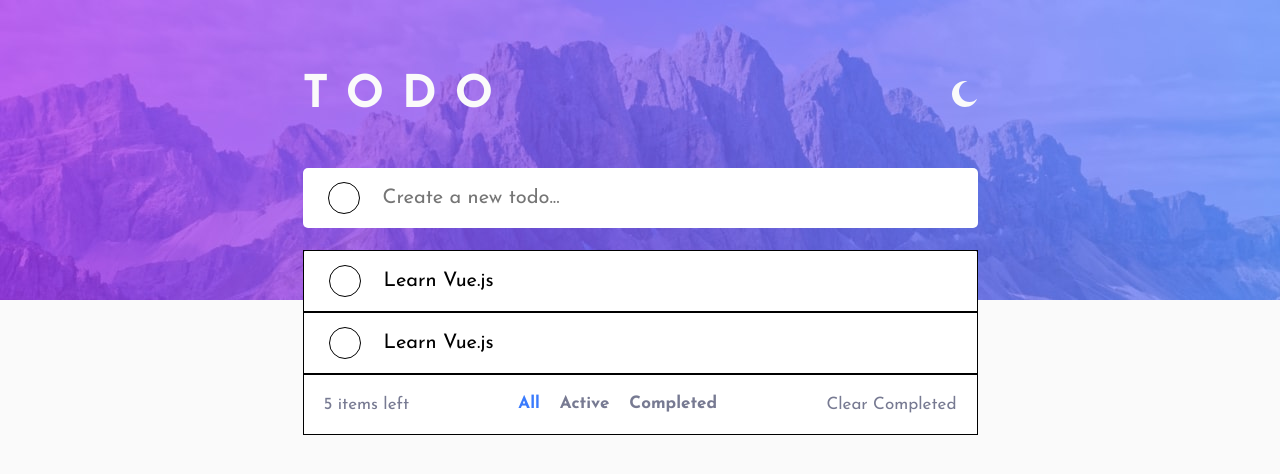
Repository: tomas938/todo-app
Page: /
An editor plug-in stored every save of this project. The page is shown before and after the next save, followed by the edit.
The browser window is 1280 px wide. The pictures show the whole page.
The project was rebuilt for these pictures with package versions that can differ from the ones it lists, and the page was loaded fresh each time.

Above is the page before, as saved 2021-08-18 12:06:06.

After the next save:
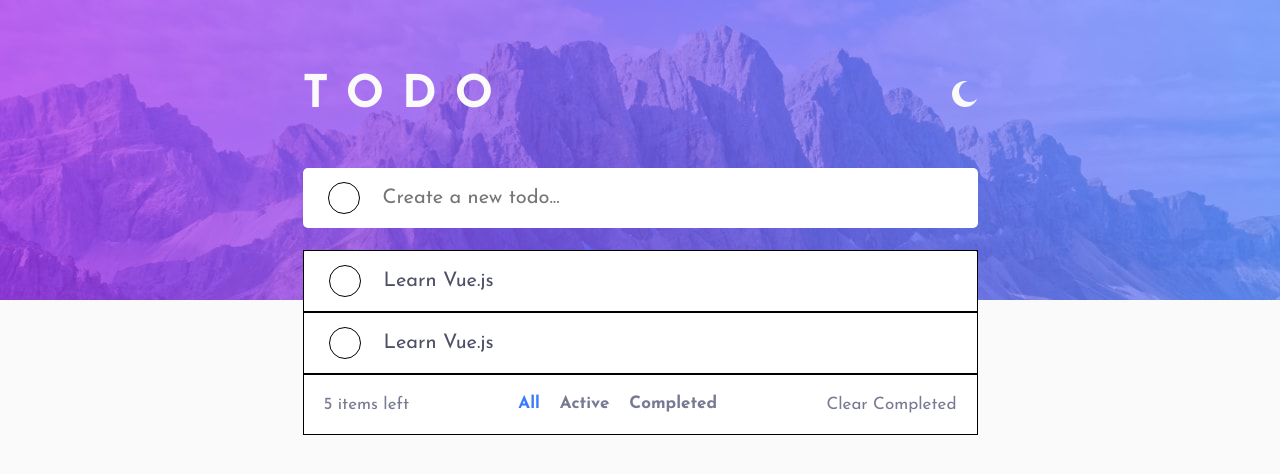
Saved 19 s later.
--- a/src/components/Todos.vue
+++ b/src/components/Todos.vue
@@ -41,6 +41,7 @@ main {
 	width: 100%;
 	border-radius: 0.5rem;
 	background-color: var(--items-bg-color);
+	color: var(--todo-text);
 }
 .todo-item {
 	position: relative;
